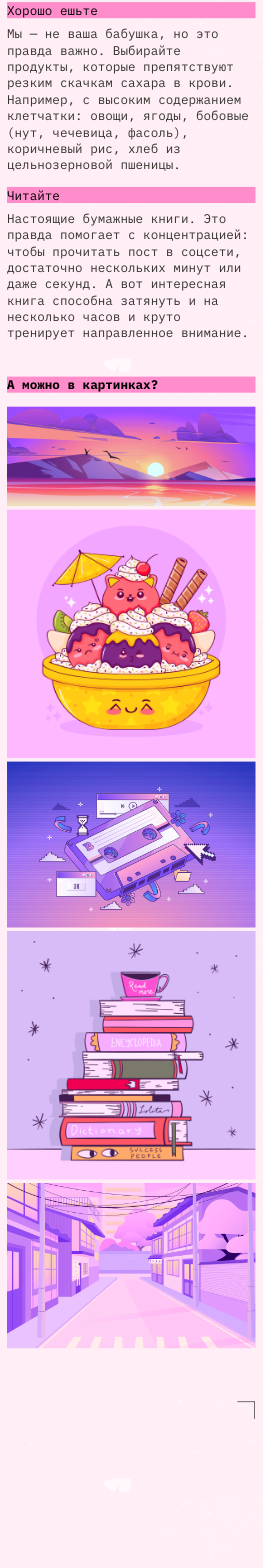
Repository: Hadoooouken/slozhno-sosredotochitsya
Page: index.html
An editor plug-in stored every save of this project. The page is shown before and after the next save, followed by the edit.
The browser window is 375 px wide. The pictures show the part of the page from y = 4260 to 6500 px (the page is 7051 px tall before and 7081 px after), at 70% of full size.
Backgrounds fixed to the window are drawn as part of the page.

Above is the page before, as saved 2024-01-24 22:55:05.

### index.html
<!DOCTYPE html>
<html lang="ru">
  <head>
    <meta charset="UTF-8" />
    <meta http-equiv="X-UA-Compatible" content="IE=edge" />
    <meta name="viewport" content="width=device-width, initial-scale=1.0" />
    <meta name="color-scheme" content="dark light" />
    <link rel="icon" href="images/favicon.svg" sizes="any" />
    <link rel="stylesheet" href="fonts/fonts.css" />
    <link rel="stylesheet" href="styles/globals.css" />
    <link rel="stylesheet" href="./styles/variables.css" />
    <link rel="stylesheet" href="scripts/script.js" />
    <link rel="stylesheet" href="./styles/style.css" />
    <link rel="stylesheet" href="./styles/dark.css" />
    <link rel="stylesheet" href="./styles/light.css" />
    <title>Сложно сосредоточиться</title>
  </head>
  <body class="page">
    <header class="header decorated-zone">
      <div class="decoration-element" aria-hidden="true"></div>
      <nav class="header__theme-menu">
        <ul class="header__theme-menu-list">
          <li class="header__theme-menu-item">
            <button
              class="header__theme-menu-button header__theme-menu-button_type_light"
            >
              День
            </button>
          </li>
          <li class="header__theme-menu-item">
            <button
              class="header__theme-menu-button header__theme-menu-button_active header__theme-menu-button_type_auto"
              disabled
            >
              Авто
            </button>
          </li>
          <li class="header__theme-menu-item">
            <button
              class="header__theme-menu-button header__theme-menu-button_type_dark"
            >
              Неон
            </button>
          </li>
        </ul>
      </nav>
      <h1 class="header__title">no focus</h1>
      <div class="header__text title_decor">
        <p>
          Что делать, когда не можешь делать ничего Или&nbsp;почему нам так
          сложно сконцентрироваться, особенно когда очень надо
        </p>
      </div>
    </header>
    <main class="main">
      <section class="section">
        <article class="focus__block">
          <h2 class="section__title">Почему сосредоточиться так сложно</h2>

          <div>
            <h2 class="section__sub-title title_decor">Многозадачность</h2>
            <p class="section__text">
              Особенно сложно сосредоточиться, когда задач много и все они —
              важные. Где же легендарная многозадачность, когда она так нужна
              вам (и всем нанимающим менеджерам этого мира)? А дело в том, что
              её просто не существует. Исследователи
              <a
                class="text__link"
                href="https://dana.org/article/multicosts-of-multitasking/"
                target="_blank"
                >выяснили</a
              >, что мозгу тяжело концентрироваться даже на двух делах
              одновременно. А когда в поле внимания попадает несколько важных
              задач, организм паникует и выделяет кортизол и адреналин —
              «гормоны стресса». Из-за этого мы работаем невнимательно:
              ошибаемся и быстро устаём.
            </p>
            <h2 class="section__sub-title title_decor">Дофамин</h2>
            <p class="section__text">
              С гормонами стресса всё понятно, но дальше — ещё интереснее. В
              нашей невозможности сосредоточиться замешана и полная
              противоположность стрессу — дофамин. Это вещество участвует в
              системе вознаграждения мозга. Причём тут он? Мы часто отвлекаемся
              от важной задачи на что-то более «приятное» для мозгов. Например,
              смотрим лайки в соцсетях. В это время и выделяется дофамин — и мы
              чувствуем удовольствие. Получается замкнутый круг: чем больше
              отвлекаешься, тем больше удовольствия получаешь.
            </p>
          </div>
        </article>
      </section>
      <section class="section">
        <article class="concentration__block">
          <div class="concentration">
            <h2 class="section__title">Что снижает концентрацию внимания?</h2>
          </div>

          <div class="multitasking">
            <h2 class="section__sub-title title_decor">Многозадачность</h2>
            <p class="section__text">
              Как концентрация может снижаться из-за… концентрации? Любая
              стрессовая ситуация (и резко меняющийся мир в целом) заставляет
              наш мозг постоянно «сканировать» окружающую среду на предмет
              опасности. Например, читать новости вместо работы. Но быть
              собранными всё время — невозможно. Концентрация — мышца, и она
              может не выдержать, если не давать ей отдохнуть.
            </p>
          </div>
          <div class="eat">
            <h2 class="section__sub-title title_decor">Еда</h2>
            <p class="section__text">
              «Быстрые углеводы» — сахар, белый хлеб, сладости — молниеносно
              доставляют в мозг энергию и помогают ему лучше работать. Но уходит
              эта энергия также быстро, как и приходит. А мы в результате
              попадаем на «углеводные качели»: как только действие «быстрых
              углеводов» заканчивается, мы чувствуем усталость и сонливость. И
              хотим ещё больше быстрых углеводов.
            </p>
          </div>
          <div class="gadgets">
            <h2 class="section__sub-title title_decor">Гаджеты</h2>
            <p class="section__text">
              Да-да, это та самая ситуация, когда на экране ноутбука — код, в
              наушниках — подкаст, а на компьютере фоном — ещё и видео с
              забавными утятами. В результате мозг пытается переключиться с
              одной задачи на другую — и просто не может. А чтобы вернуться к
              состоянию полной концентрации, человеку в среднем нужно 20 минут.
              Вот и получается, что чем больше времени мы проводим в гаджетах,
              тем больше времени затем нужно, чтобы вернуться к работе.
            </p>
          </div>
        </article>
      </section>
      <section class="section">
        <article class="how__block">
          <h2 class="section__title">
            Как концентрироваться лучше, чем золотая рыбка (то есть дольше трёх
            секунд)
          </h2>
          <div>
            <h2 class="concentration__title title_decor">
              5 простых (на самом деле не очень) советов
            </h2>
            <h2 class="concentration__sub-title title_decor">
              Представьте небо и облака
            </h2>
            <p class="concentration__text">
              Или листья в ручье. Тут дело в лёгкой медитации, которая помогает
              успокоиться. Ведь часто именно тревожные мысли о сложных задачах
              как раз и мешают эти сложные задачи делать. В такие моменты можно
              закрыть глаза и представить, что чистое небо — это вы, а облака —
              тревожные мысли. И сколько бы их ни было — ясное небо всегда будет
              где-то там, за тучами, и никуда не денется. Это упражнение поможет
              вернуться в настоящий момент, а не волноваться о потенциальных
              проблемах из будущего.
            </p>
            <h2 class="concentration__sub-title title_decor">
              Включите музыку
            </h2>
            <p class="concentration__text">
              Но не любую, и не любимую. Любимая может быть связана с сильными
              положительными эмоциями, которые тоже очень сильно отвлекают.
              Подойдёт тихая, спокойная, умеренно-ритмичная. Можно вообще
              попробовать включить плейлист в «белым шумом» или нейромузыкой.
            </p>
            <h2 class="concentration__sub-title title_decor">Прогуляйтесь</h2>
            <p class="concentration__text">
              Или даже пробегитесь. Лучше найти парк или лес: один эксперимент
              <a
                class="text__link"
                href="https://www.sciencedirect.com/science/article/abs/pii/S0272494415000328"
                target="_blank"
                >показал</a
              >, что созерцание природы повышает концентрацию, в то время как
              после просмотра городских пейзажей она наоборот понижается. Можно
              совместить прогулку с физическими упражнениями или бегом — так в
              мозг поступит ещё больше кислорода и он будет лучше работать. Но и
              простая двадцатиминутная прогулка — тоже отличный вариант.
            </p>
            <h2 class="concentration__sub-title title_decor">Хорошо ешьте</h2>
            <p class="concentration__text">
              Мы — не ваша бабушка, но это правда важно. Выбирайте продукты,
              которые препятствуют резким скачкам сахара в крови. Например, с
              высоким содержанием клетчатки: овощи, ягоды, бобовые (нут,
              чечевица, фасоль), коричневый рис, хлеб из цельнозерновой пшеницы.
            </p>
            <h2 class="concentration__sub-title title_decor">Читайте</h2>
            <p class="concentration__text">
              Настоящие бумажные книги. Это правда помогает с концентрацией:
              чтобы прочитать пост в соцсети, достаточно нескольких минут или
              даже секунд. А вот интересная книга способна затянуть и на
              несколько часов и круто тренирует направленное внимание.
            </p>
          </div>
        </article>
      </section>
      <section class="gallery__section section">
        <h2 class="gallery__title section__sub-title title_decor">
          А можно в картинках?
        </h2>
        <ul class="gallery__list">
          <li class="galery__list-item sunset">
            <img
              class="galery__img"
              loading="lazy"
              src="./images/sunset.png"
              alt="закат"
            />
          </li>
          <li class="galery__list-item ice-cream">
            <img
              class="galery__img"
              loading="lazy"
              src="./images/ice-cream.png"
              alt="мороженное"
            />
          </li>
          <li class="galery__list-item tape">
            <img
              class="galery__img"
              loading="lazy"
              src="./images/tape.png"
              alt="кассеты"
            />
          </li>
          <li class="galery__list-item books">
            <img
              class="galery__img"
              loading="lazy"
              src="./images/books.png"
              alt="книги"
            />
          </li>
          <li class="galery__list-item street">
            <img
              class="galery__img"
              loading="lazy"
              src="./images/street.png"
              alt="улица"
            />
          </li>
        </ul>
      </section>
    </main>
    <footer class="footer">
      <div class="decorated-zone"></div>
      <h2 class="footer__title">focus</h2>
    </footer>

    <script src="./scripts/script.js"></script>
  </body>
</html>

### styles/variables.css
:root {
  /*
  Переменные для вашего проекта
  и их переопределение под различные устройства
*/

  ---button-color: #ff0070;
  --decoration-element: #ff0070;
  --background-image: url(/images/cover-image-dark.png);
  --hover-color: rgb(255 0 112 / 0.4);
  --main-font: "IBM Plex mono" sans-serif;
  --focus-color: #ff0070;
  --main-title: #DB00FF;
  --sub-title-color: #000028;
  --backgroundg-sub-title: #FF0070;
  --title-color: #ff0070;
  --text-color: #f1b2ce;
  --bg-color: #000028;
  --link-color: #ff0070;
  --link-status:#F1B2CE;
  --shadow-color:#ff0070;


}

### scripts/script.js
const themeButtons = document.querySelectorAll('.header__theme-menu-button');

themeButtons.forEach((button) => {
  button.addEventListener('click', () => {
    themeButtons.forEach((btn) => {
      btn.classList.remove('header__theme-menu-button_active');
      btn.removeAttribute('disabled');
    });
    if (
      [...button.classList].includes('header__theme-menu-button_type_light')
    ) {
      changeTheme('light');
    } else if (
      [...button.classList].includes('header__theme-menu-button_type_dark')
    ) {
      changeTheme('dark');
    } else {
      changeTheme('auto');
    }
    button.classList.add('header__theme-menu-button_active');
    button.setAttribute('disabled', true);
  });
});

function changeTheme(theme) {
  document.body.className = 'page';
  document.body.classList.add(`theme_${theme}`);
  localStorage.setItem('theme', theme);
}

function initTheme() {
  const theme = localStorage.getItem('theme');
  if (theme) {
    changeTheme(theme);
    themeButtons.forEach((btn) => {
      btn.classList.remove('header__theme-menu-button_active');
      btn.removeAttribute('disabled');
    });
    document
      .querySelector(`.header__theme-menu-button_type_${theme}`)
      .classList.add('header__theme-menu-button_active');
    document
      .querySelector(`.header__theme-menu-button_type_${theme}`)
      .setAttribute('disabled', true);
  }
}

initTheme();

### styles/style.css
/* Основные стили проекта. Это стили для темы, которую вы верстаете первой. */

.page {
  /* сохраните в разметке и стилях класс page. На его основе работает скрипт. */

  background-color: var(--bg-color);
  background-image: var(--background-image);
  background-attachment: fixed;
  background-position: center;
  background-size: cover;
  font-family: "IBM Plex mono";
  font-size: 18px;
}
.section {
  padding: 0px 20px;
}

.header {
  position: relative;
  block-size: 100vh;
  min-block-size: 375px;
  padding: 20px;
  display: grid;
  grid-template-rows: 1fr min-content 1fr;
  justify-items: start;
}

.decorated-zone::before {
  content: "";
  position: absolute;
  border-block-start: 1px solid var(--decoration-element);
  border-inline-end: 1px solid var(--decoration-element);
  right: 20px;
  top: 20px;
  width: 25px;
  height: 25px;
}

.decorated-zone::after {
  content: "";
  position: absolute;
  border-block-end: 1px solid var(--decoration-element);
  border-inline-start: 1px solid var(--decoration-element);
  left: 20px;
  bottom: 20px;
  width: 25px;
  height: 25px;
}
.decoration-element {
  position: absolute;
  right: 48px;
  top: 21px;
}

.decoration-element::before {
  content: "REC";
  color: var(--decoration-element);
  font-family: inherit;
  display: inline-block;
}

.decoration-element::after {
  content: "";
  background-color: var(--decoration-element);
  width: 9px;
  height: 9px;
  border-radius: 50%;
  display: inline-block;
  box-shadow: 0px 0px 4px 2px var(--decoration-element);
  top: 6px;
  left: 42px;
  position: absolute;
}

.header__title {
  font-family: var(--main-font);
  font-size: clamp(7.5rem, 0.5625rem + 14.4531vw, 9.8125rem);
  color: var(--main-title);
  line-height: 82.5%;
  text-shadow: 4px 4px 0 var(--shadow-color);
  margin-inline-start: -20px;
}

.header__theme-menu {
  justify-self: center;
}

.header__text {
  font-size: 18px;
  justify-self: end;
  max-width: 491px;
  align-self: center;
  font-weight: 700;
  color: var(--sub-title-color);
  line-height: 23.4px;
}

.title_decor {
  background-color: var(--backgroundg-sub-title);
}

.header__theme-menu-list {
  display: flex;
  justify-content: center;
  gap: 10px;
}

.header__theme-menu-button {
  background-color: transparent;
  color: var(--button-color);
  border: none;
  text-transform: lowercase;
  line-height: 18px;
  padding: 2px 13px;
  cursor: pointer;
}

.header__theme-menu-button:focus {
  outline: none;
}

.header__theme-menu-button:focus-visible {
  text-decoration: underline;
  outline: none;
  color: var(--focus-color);
}

.header__theme-menu-button:hover {
  outline: 1px solid var(--hover-color);
}

.header__theme-menu-button_active {
  pointer-events: none;
  outline: 1px solid var(--button-color);
}

.main {
  padding-top: 60px;
}

.focus__block {
  display: grid;
  grid-template-columns: 1fr 2fr;
  gap: 10px;
}

.section__title {
  font-weight: 700;
  color: var(--title-color);
  font-size: inherit;
  line-height: 23.4px;
}

.section__sub-title {
  font-size: inherit;
  line-height: 23.4px;
  margin-block-end: 10px;
  font-weight: 700;
}

.section__text {
  font-size: inherit;
  line-height: 23.4px;
  color: var(--text-color);
  font-weight: 400;
  margin-block-end: 20px;
}
.section__text:last-child {
  margin-block-end: 0px;
}

.text__link {
  text-decoration: none;
  cursor: pointer;
  text-shadow: 2px 2px 0 var(--link-color);
}

.text__link:hover {
  border-bottom: 1px solid var(--link-status);
}

.text__link:focus {
  outline: none;
}

.text__link:focus-visible {
  outline: 1px solid var(--link-status);
  outline-offset: 0px;
}

.concentration__block {
  padding-top: 80px;
  display: grid;
  grid-template-columns: repeat(3, 1fr);
  grid-template-rows: repeat(2, min-content);
  grid-column-gap: 20px;
  grid-row-gap: 20px;
  grid-template-areas:
    "concentration . ."
    "multitasking eat gadgets";
}

.concentration {
  grid-area: concentration;
}

.multitasking {
  grid-area: multitasking;
}
.eat {
  grid-area: eat;
}

.gadgets {
  grid-area: gadgets;
}

.how__block {
  padding-top: 80px;
  display: grid;
  grid-template-columns: 1fr 2fr;
  grid-column-gap: 10px;
}

.concentration__title {
  font-size: inherit;
  line-height: 23.4px;
  margin-block-end: 20px;
  font-weight: 700;
}

.concentration__sub-title {
  font-weight: 400;
  font-size: inherit;
  line-height: 23.4px;
  margin-block-end: 10px;
}

.concentration__text {
  font-size: inherit;
  line-height: 23.4px;
  color: var(--text-color);
  font-weight: 400;
  margin-block-end: 20px;
}

.concentration__text:last-child {
  margin-block-end: 0px;
}

.gallery__section {
  padding-top: 80px;
}

.gallery__list {
  margin-block-start: 20px;
  margin-block-end: 60px;
  display: grid;
  grid-template-columns: repeat(3, 1fr);
  grid-template-rows: 260px 315px 428px;
  grid-column-gap: 20px;
  grid-row-gap: 22px;
  grid-template-areas:
    "sunset sunset ice-cream"
    "tape books ice-cream"
    "tape street street";
}

.galery__img {
  block-size: 100%;
  object-fit: cover;
  object-position: center;
  inline-size: 100%;
}

.sunset {
  grid-area: sunset;
}
.ice-cream {
  grid-area: ice-cream;
}
.tape {
  grid-area: tape;
}
.books {
  grid-area: books;
}
.street {
  grid-area: street;
}

.footer {
  display: flex;
  justify-content: center;
  align-items: center;
  block-size: 100vh;
  min-block-size: 375px;
  padding: 20px;
  position: relative;
}

.footer__title {
  font-family: var(--main-font);
  font-size: clamp(7.5rem, 0.5625rem + 14.4531vw, 9.8125rem);
  color: var(--main-title);
  line-height: 82.5%;
  text-shadow: 2px 2px 0px var(--shadow-color);
}

@media (max-width: 768px) {
  .header__theme-menu-list {
    display: flex;
    flex-direction: column;
  }
  .header__theme-menu {
    justify-self: end;
    align-self: center;
    display: block;
  }
  .header__theme-menu-button {
    padding: 4px 13px;
  }
  .header__text {
    max-width: 364px;
    justify-items: center; /*хз что тут*/
  }
  .focus__block {
    gap: 20px;
  }
  .section__title {
    max-width: 236px;
  }
  .concentration__block {
    grid-template-columns: none;

    grid-template-areas:
      "concentration"
      "multitasking"
      "eat"
      "gadgets";
  }
  .how__block {
    grid-column-gap: 20px;
  }
  .gallery__list {
    grid-template-rows: auto;
    grid-row-gap: 15px;
    grid-column-gap: 23px;
  }
}

@media (max-width: 375px) {
  .header {
    padding: 10px;
  }

  .decorated-zone::before {
    right: 11px;
    top: 11px;
  }
  .section {
    padding: 0 10px;
  }

  .decorated-zone::after {
    left: 11px;
    bottom: 11px;
  }

  .decoration-element {
    right: 38px;
    top: 12px;
  }

  .header__title {
    margin: 0;
  }
  .header__theme-menu-button {
    padding: 4px 18px;
  }

  .header__theme-menu-button:hover {
    outline-offset: -1px;
  }

  .header__theme-menu-button_active {
    outline-offset: -1px;
  }

  .header__text {
    max-width: 355px;
    justify-items: start; /*хз что тут*/
  }
  .main {
    padding-top: 40px;
  }
  .focus__block {
    display: grid;
    grid-template-rows: 1fr;
    grid-template-columns: 355px;
  }
  .section__title {
    max-width: 355px;
  }

  .concentration__block {
    padding-top: 50px;
  }

  .how__block {
    padding-top: 50px;
    grid-template-columns: auto;
    grid-template-rows: auto;
    grid-column-gap: 10px;
  }

  .concentration__title {
    margin-block-start: 20px;
  }

  .gallery__section {
    padding-top: 50px;
}

.gallery__title{
  mar

}

.gallery__list {
  display: block;
}
}

### styles/dark.css
/*
  Специально для тёмной темы при наличии класса,
  здесь окажутся стили, которые нужно переопределить принудительно,
  переключая тему
*/

.page.theme_dark {
  /* сохраните этот селектор в приведённом виде.
    Так стили написанные ниже будут иметь больший вес,
    чем стили в медиазапросе предпочтений пользователя
  */
  --button-color: #ff0070;
  --decoration-element: #ff0070;
  --background-image: url(/images/cover-image-dark.png);
  --hover-color: rgb(255 0 112 / 0.4);
  --main-font: "IBM Plex mono" sans-serif;
  --focus-color: #ff0070;
  --main-title: #DB00FF;
  --sub-title-color: #000028;
  --backgroundg-sub-title: #FF0070;
  --title-color: #ff0070;
  --text-color: #f1b2ce;
  --bg-color: #000028;
  --link-color: #ff0070;
  --link-status:#F1B2CE;
  --shadow-color:#ff0070;

}

### styles/light.css
/*
  Специально для светлой темы при наличии класса.
  Здесь окажутся стили, которые нужно переопределить принудительно,
  переключая тему
*/

.page.theme_light {
  /* сохраните этот селектор в приведённом виде.
    Так стили написанные ниже будут иметь больший вес,
    чем стили в медиазапросе предпочтений пользователя
  */
  --button-color: #353430;
  --decoration-element: #353430;
  --background-image: url(/images/cover-image-light.png);
  --hover-color: rgb(50 49 45 / 0.4);
  --main-font: "IBM Plex mono" sans-serif;
  --focus-color: #353430;
  --main-title: #ffc2e6;
  --sub-title-color: #353430;
  --backgroundg-sub-title: #ff8dcb;
  --title-color: #353430;
  --text-color: #353430;
  --bg-color: #fff1f7;
  --link-color: #ff8dcb;
  --link-status: #353430;
  --shadow-color: #ff0070;
}

@media (prefers-color-scheme: light) {
  :root {
    --button-color: #353430;
    --decoration-element: #353430;
    --background-image: url(/images/cover-image-light.png);
    --hover-color: rgb(50 49 45 / 0.4);
    --main-font: "IBM Plex mono" sans-serif;
    --focus-color: #353430;
    --main-title: #ffc2e6;
    --sub-title-color: #353430;
    --backgroundg-sub-title: #ff8dcb;
    --title-color: #353430;
    --text-color: #353430;
    --bg-color: #fff1f7;
    --link-color: #ff8dcb;
    --link-status: #353430;
    --shadow-color: #ff0070;
  }
  .theme_light .decoration-element {
    display: none;
  }
}

.theme_auto .decoration-element {
  display: none;
}

Loaded but not shown: fonts/fonts.css (common file); styles/globals.css (common file)

After the next save:
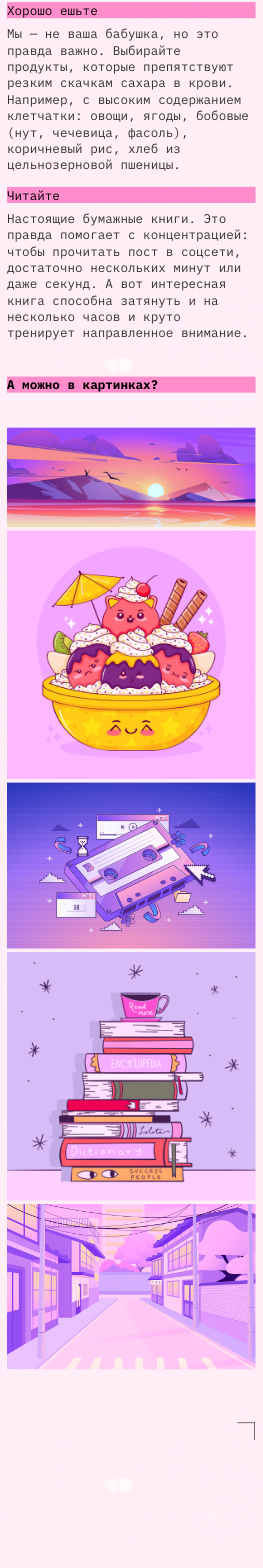
Saved 5 s later.
--- a/styles/style.css
+++ b/styles/style.css
@@ -423,7 +423,7 @@
 }
 
 .gallery__title{
-  mar
+  margin-bottom: 50px;
 
 }
 

After the save that followed:
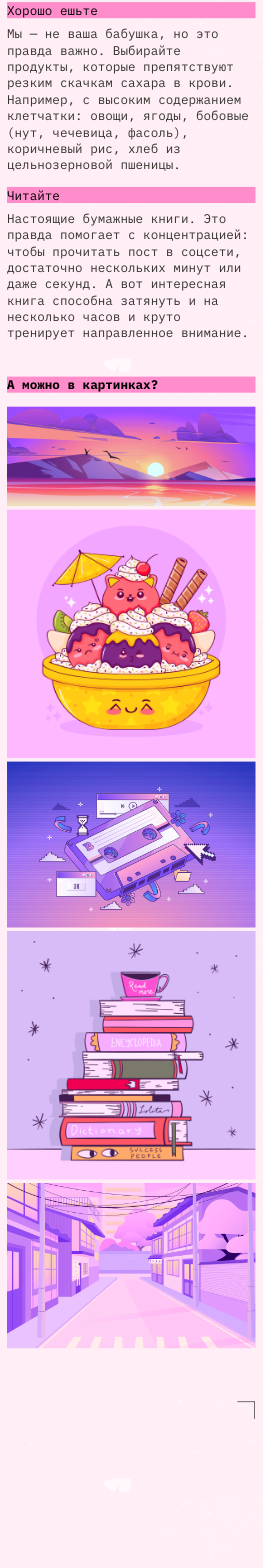
Saved 14 s later.
--- a/styles/style.css
+++ b/styles/style.css
@@ -423,7 +423,7 @@
 }
 
 .gallery__title{
-  margin-bottom: 50px;
+  margin-bottom: 10px;
 
 }
 
